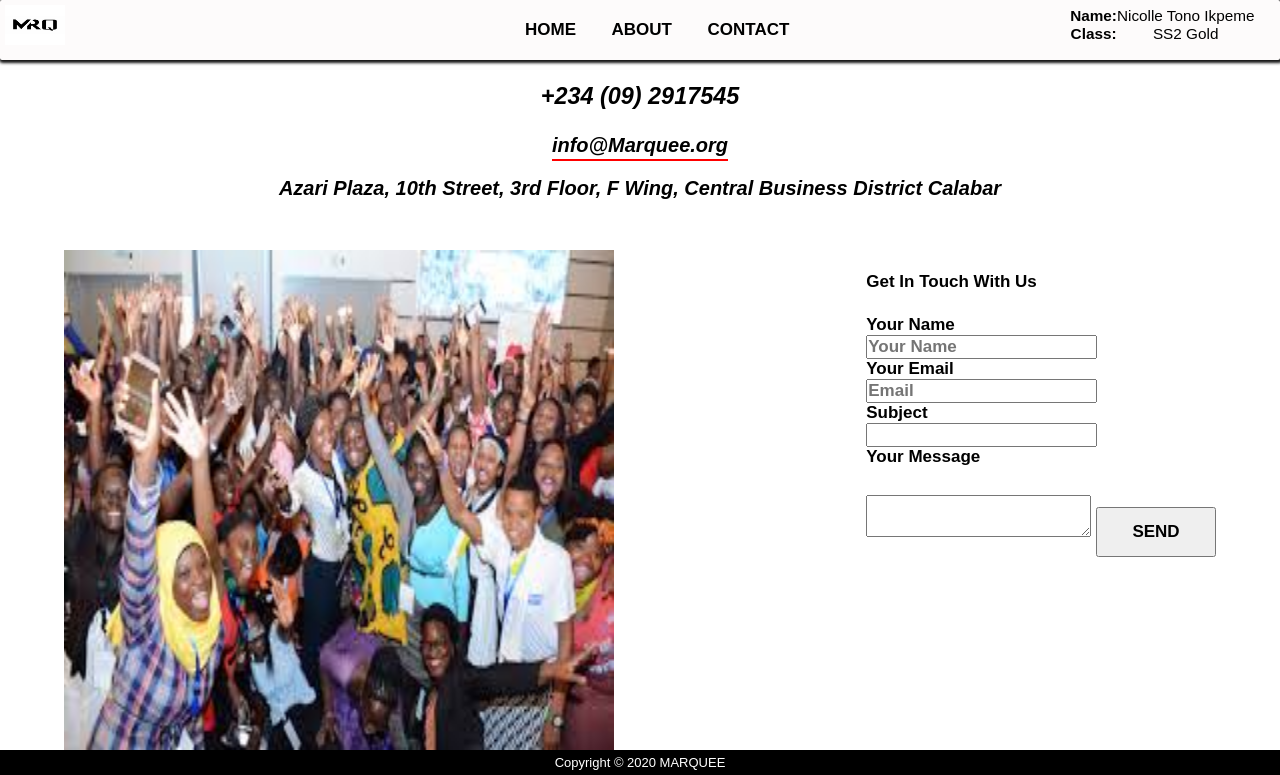
Repository: pboi18/Marquee.org
Page: contact.html
An editor plug-in stored every save of this project. The page is shown before and after the next save, followed by the edit.
The browser window is 1280 px wide. The pictures show the whole page.

Above is the page before, as saved 2020-07-11 21:30:14.

### contact.html
<!DOCTYPE html>
<html>
    <head>
        <meta charset="utf-8">
        <link rel="icon" type="image/png" sizes="16x16" href="img/logo.png">
        <title>Marquee</title>

        <link rel="stylesheet" href="style.css" >
        <link rel="stylesheet" href="normalize.css" >


    </head>

    <body>
            <nav class="main">

                    <div class="navbar2">

                        <img src="img/logo.png" alt="MARQUEE" class="logo">

                        <ul class="main-nav">
                            <li>
                                <a href="home.html">
                                    Home
                                </a>
                            </li>

                            <li>
                                <a href="about.html">
                                    ABOUT
                                </a>
                            </li>

                            <li>
                                <a href="contact.html">
                                    CONTACT
                                </a>
                            </li>

                            <li>
                                <table class="id">
                                    <tr>
                                        <th>Name:</th>
                                        <td> Nicolle Tono Ikpeme</td>
                                    </tr>

                                    <tr>
                                        <th>Class:</th>
                                        <td> SS2 Gold</td>
                                    </tr>

                                </table>
                            </li>

                        </ul>





                </div>

            </nav>

            <div class="con">
                <div class="contact">
                    <address>
                        <h3>+234 (09) 2917545</h3>
                        <a href="info@Marquee.org" style="text-decoration: none; color: black;
                        font-weight: bold; border-bottom: 2px solid red; padding-bottom: 3px;">
                            info@Marquee.org
                        </a><br>
                        <p style="font-weight: bold;">Azari Plaza, 10th Street, 3rd Floor, F Wing, Central Business District Calabar</p>
                    </address>
                </div>


                <div style="height: 500px;">
                    <img src="img/images.jpg" alt="Happy women" class="image span-1-of-2">

                    <form class="form2 span-1-of-2">
                        <h4 >Get In Touch With Us</h4>
                        <label>Your Name </label>
                        <input type="text" name="Name" placeholder="Your Name" required >
                        <label>Your Email</label>
                        <input type="email"  placeholder="Email" required >
                        <label>Subject</label>
                        <input type="text" >
                        <label>Your Message</label>
                        <textarea ></textarea>
                        <!-- <input type="submit" value="SEND" name="send" style="margin-top: 40px;"> -->

                        <button type="submit" style="margin-top: 40px; width: 120px; height: 50px;">SEND</button>

                    </form>

                </div>
            </div>

        <footer>
            <P style="color: white; text-align: center; margin: 0; font-size: small; padding: 5px;">
                Copyright &copy; 2020 MARQUEE
            </P>
        </footer>
    </body>
</html>

### style.css
* {
    margin: o;
    padding: 0;
    box-sizing: border-box;
}

html {
    background-color: #fff;
    max-width: 100%;
    font-size: 20px;
    font-weight: 300;
    font-family: Arial, Helvetica, sans-serif;
    text-rendering: optimizeLegibility;
}



h1 {
    margin: 0;
}

label {
    display: block;
}

/* header {
    background-image: linear-gradient( rgba(0, 0, 0, 0.4), rgba(0, 0, 0, 0.4)), url(img/home.jpg);
    height: 100vh;
    background-size: cover;
    background-position: center;
} */


.logo {
    height: 40px;
    width: 60px;
    float: left;
    margin: 5px;
}

.main-nav {
    list-style: none;
    margin: auto;
    margin-top: 10px;
    text-align: center;


}

.main-nav li {
    display: inline-block;
    margin: 10px 15px;
    font-size: 85%;

}

.main-nav li a:link,
.main-nav li a:visited {
    color: #000;
    text-decoration: none;
    text-transform: uppercase;
    font-weight: bold;
    padding: 3px 0px;
    border-bottom: 3px solid transparent;
    transition: border-bottom 0.2s;
}

.main-nav li a:hover,
.main-nav li a:active {
    border-bottom: 3px solid rgb(158, 0, 0);
}
.id {
    float: right;
    margin-right: 5px;
    margin: auto;
    position: absolute;
    top: 1%;
    right: 2%;
    padding: 10px;
    font-size: 90%;

}

.navbar {
    height: 50px;
    width: 100%;
    display: inline-block;
    border-radius: 2px;
    box-shadow: 0px 3px -1px 2px rgb(190, 189, 189);
    position: fixed;
    background-color: rgb(253, 251, 251);
}

.navbar2 {
    height: 60px;
    width: 100%;
    display: inline-block;
    border-radius: 2px;
    box-shadow: 1px 1px 3px 2px rgb(20, 20, 20);
    /* position: fixed; */
    background-color: rgb(253, 251, 251);
}

.numb {
    border: solid 5px rgb(63, 62, 62);
    text-align: center;
    width: 40px;
    height: 30px;
    align-self: center;
    border-radius: 50%;
    margin: auto;
    background-color: rgb(63, 62, 62);
    color: white;
}
.wup {
    padding-top: 10px;

    background: linear-gradient(180deg, #DF2828 5.21%, rgba(223, 40, 40, 0.427083) 55.73%, rgba(223, 40, 40, 0.427083) 64.06%, rgba(223, 40, 40, 0.427083) 73.44%, rgba(222, 17, 17, 0.427083) 100%, rgba(170, 77, 77, 0) 100%);
}

.cover {
    border-radius: 5px;
    margin: auto;
}

.sec {
    background-color: black;
    height: 250px;
    width: 100%;
    text-align: center;
}



main {
    /* width: 1000px; */
    margin: auto;
}

.con {
    width: 90%;
    margin: auto;
    ;

}
.contact {
    text-align: center;
    margin: auto;
    margin-bottom: 50px;
}
.image {
    width: 550px;
    height: 500px;
    float: left;
}

.form2 {
    float: right;
    text-align: left;
    font-size: 85%;
    font-weight: bold;
}

footer {
    background-color: #000;
}

Loaded but not shown: normalize.css (library)

After the next save:
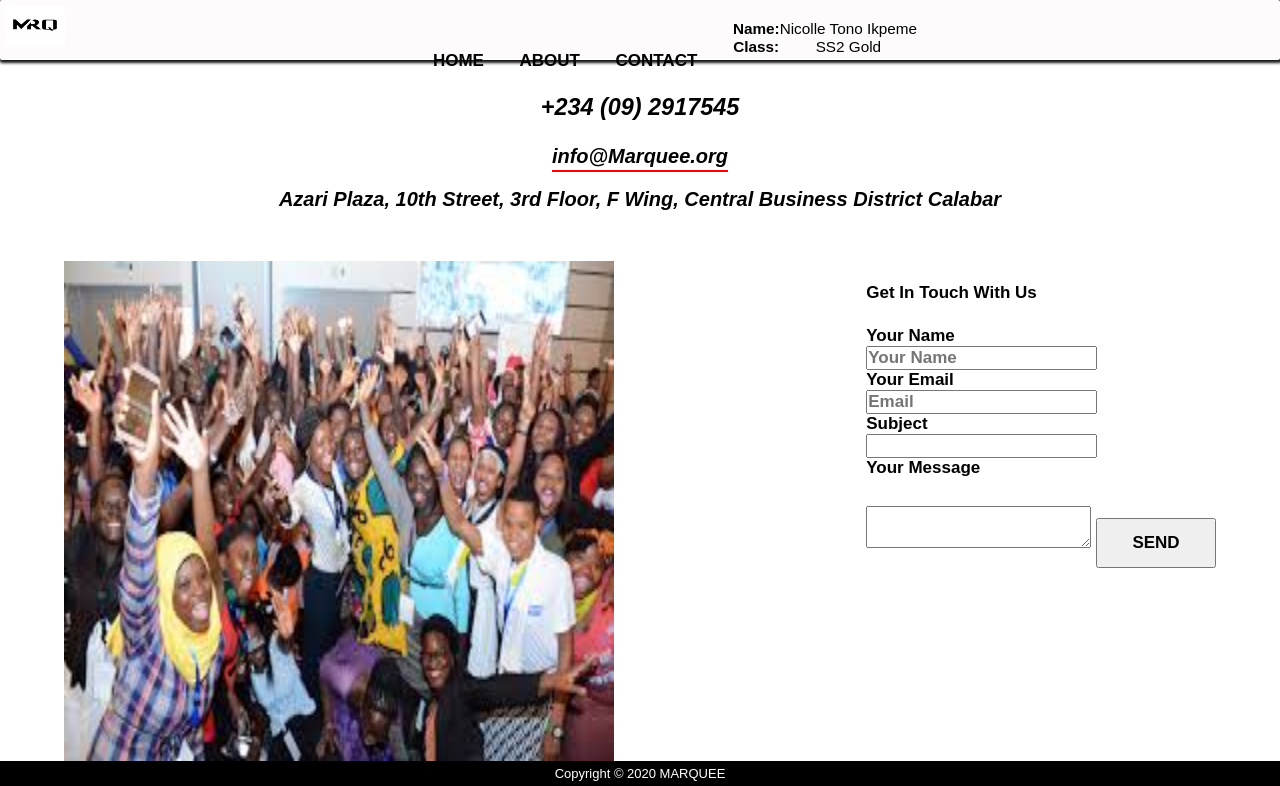
Saved 9 s later.
--- a/style.css
+++ b/style.css
@@ -73,7 +73,7 @@ label {
     float: right;
     margin-right: 5px;
     margin: auto;
-    position: absolute;
+    /* position: absolute; */
     top: 1%;
     right: 2%;
     padding: 10px;
